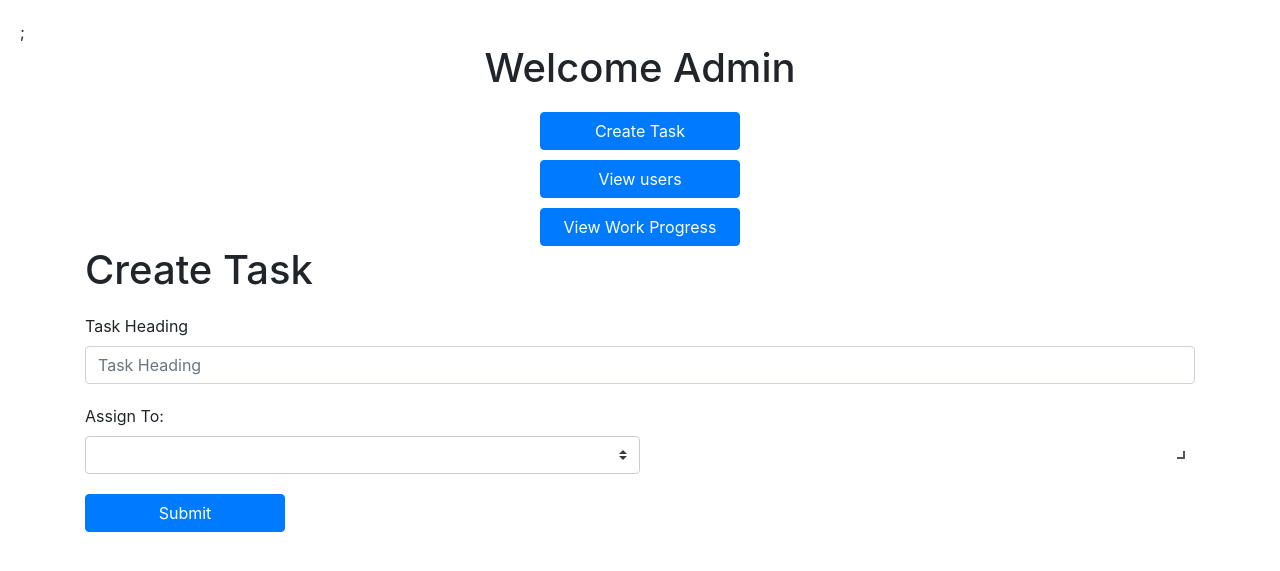
Repository: neha-rouniyar/taskmgmt
Page: http://localhost/admin/create-task
An editor plug-in stored every save of this project. The page is shown before and after a run of saves, followed by the edit.
The browser window is 1280 px wide. The pictures show the whole page.
Some web libraries are served in a nearby version. The page is served by the project's Laravel application, run on PHP 8.4 with Laravel 10. Other server files are loaded and not shown. Queries for data that is not in the repository find no rows.

Above is the page before, as saved 2023-12-11 15:22:15.

### routes/web.php
<?php

use App\Http\Controllers\AdminController;
use Illuminate\Support\Facades\Route;
use App\Http\Controllers\LoginController;
/*
|--------------------------------------------------------------------------
| Web Routes
|--------------------------------------------------------------------------
|
| Here is where you can register web routes for your application. These
| routes are loaded by the RouteServiceProvider and all of them will
| be assigned to the "web" middleware group. Make something great!
|
*/

Route::get('/', function () {
    return view('welcome');
});
Route::get('/login-form',[LoginController::class,'index'])->name('login.form');
Route::post('/login-form-submit',[LoginController::class,'loginFormSubmit'])->name('login.form.submit');




Route::get('/register-form',[LoginController::class,'index2'])->name('register.form');
Route::post('/register-form-submit',[LoginController::class,'registerFormSubmit'])->name('register.form.submit');


//user dashboard
Route::get('/user-dashboard',[LoginController::class,'userDashboard'])->name('user.dashboard');
Route::get('/admin-dashboard',[LoginController::class,'adminDashboard'])->name('admin.dashboard');


//admin
Route::get('/admin/view-users',[AdminController::class,'viewUsers'])->name('admin.view.users');
Route::get('/admin/create-task',[AdminController::class,'createTask'])->name('admin.create.task');
Route::get('/admin/view-work-progress',[AdminController::class,'viewWorkProgress'])->name('admin.view.workprogress');

### app/Http/Controllers/AdminController.php
<?php

namespace App\Http\Controllers;

use App\Models\User;
use Illuminate\Http\Request;

class AdminController extends Controller
{
    public function viewUsers()
    {
        $users=User::all()->where('usertype','regular');
        // dd($users);
        return view('admin.viewUsers',compact('users'));
    }
    public function createTask()
    {
        $users=User::all()->where('usertype','regular');
        return view('admin.task.create',compact('users'));
    }
    public function viewWorkProgress()
    {
        return view('admin.task.workprogress');
    }
}

### resources/views/admin/task/create.blade.php
@extends('admin.dashboard');
@section('admin-content')
<style>
    .form-group {
    margin-bottom: 20px;
}

.custom-dropdown {
    position: relative;
    width: 100%;
}

.custom-select {
    width: 50%;
    /* padding: 10px; */
    box-sizing: border-box;
    border: 1px solid #ccc;
    border-radius: 4px;
    appearance: none;
    background-color: #fff;
    cursor: pointer;
}

.custom-dropdown-arrow {
    position: absolute;
    top: 50%;
    right: 10px;
    transform: translateY(-50%);
    border: solid #555;
    border-width: 0 2px 2px 0;
    display: inline-block;
    padding: 3px;
    transition: transform 0.3s ease-in-out;
}

.custom-select:focus + .custom-dropdown-arrow {
    transform: translateY(-50%) rotate(-45deg);
}

/* Style for the dropdown options */
.custom-select option {
    padding: 10px;
}

</style>
<div class="container">
    <h1>Create Task</h1>
<form action="" method="POST">
    @csrf
      <div class="form-group">
        <label for="exampleInputEmail1">Task Heading</label>
        <input width="50%" type="text" name="heading" class="form-control" id="exampleInputEmail1" aria-describedby="emailHelp" placeholder="Task Heading" required>
      </div>
      <div class="form-group">
        <label for="assignee">Assign To:</label>
        <div class="custom-dropdown">
            <select name="assignee" id="assignee" class="custom-select">
                @foreach ($users as $data)
                    <option value="{{$data->id}}">{{$data->username}}</option>
                @endforeach
            </select>
            <div class="custom-dropdown-arrow"></div>
        </div>
    </div>
      <button type="submit" class="btn btn-primary">Submit</button>
    </form>
</div>
@endsection

### resources/views/admin/dashboard.blade.php
<!doctype html>
<html lang="en">
  <head>
    <!-- Required meta tags -->
    <meta charset="utf-8">
    <meta name="viewport" content="width=device-width, initial-scale=1, shrink-to-fit=no">

    <!-- Bootstrap CSS -->
    <link rel="stylesheet" href="https://cdn.jsdelivr.net/npm/bootstrap@4.0.0/dist/css/bootstrap.min.css" integrity="sha384-Gn5384xqQ1aoWXA+058RXPxPg6fy4IWvTNh0E263XmFcJlSAwiGgFAW/dAiS6JXm" crossorigin="anonymous">
    <style>
      body {
          padding: 20px;
      }

      h1 {
          margin-bottom: 20px;
      }

      .btn-container {
          display: flex;
          flex-direction: column;
          gap: 10px;
      }

      .btn-container a {
          text-decoration: none;
      }

      .btn {
          width: 200px;
      }
  </style>
    <title>Hello, world!</title>
  </head>
  <body>
    <div class="container text-center">
        <h1>Welcome Admin</h1>
        <div class="btn-container">
            <a href="{{route('admin.create.task')}}">
                <button type="button" class="btn btn-primary">Create Task</button>
            </a>
            <a href="{{route('admin.view.users')}}">
                <button type="button" class="btn btn-primary">View users</button>
            </a>
            <a href="{{route('admin.view.workprogress')}}">
                <button type="button" class="btn btn-primary">View Work Progress</button>
            </a>
        </div>
    </div>
    @yield('admin-content')
    <script src="https://code.jquery.com/jquery-3.2.1.slim.min.js" integrity="sha384-KJ3o2DKtIkvYIK3UENzmM7KCkRr/rE9/Qpg6aAZGJwFDMVNA/GpGFF93hXpG5KkN" crossorigin="anonymous"></script>
    <script src="https://cdn.jsdelivr.net/npm/popper.js@1.12.9/dist/umd/popper.min.js" integrity="sha384-ApNbgh9B+Y1QKtv3Rn7W3mgPxhU9K/ScQsAP7hUibX39j7fakFPskvXusvfa0b4Q" crossorigin="anonymous"></script>
    <script src="https://cdn.jsdelivr.net/npm/bootstrap@4.0.0/dist/js/bootstrap.min.js" integrity="sha384-JZR6Spejh4U02d8jOt6vLEHfe/JQGiRRSQQxSfFWpi1MquVdAyjUar5+76PVCmYl" crossorigin="anonymous"></script>
</body>
</html>

Loaded but not shown: app/Http/Controllers/Controller.php (common file); app/Models/User.php (common file)

After the next 6 saves:
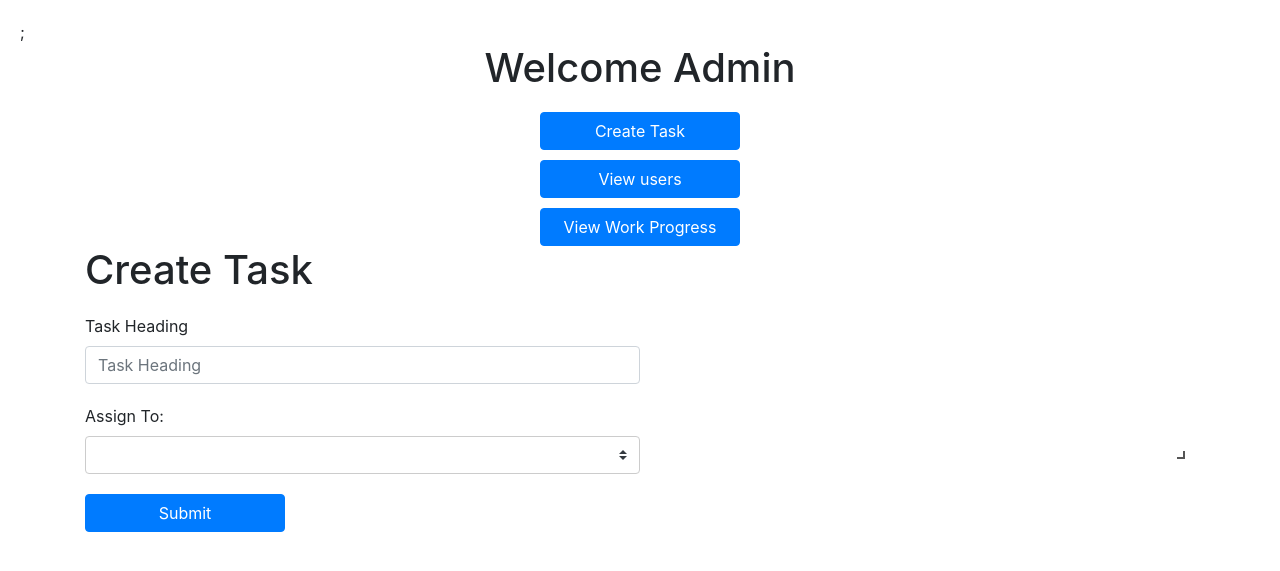
The 6 saves are shown as one change because they came seconds apart.
The last was saved 4 h 54 min later.
--- a/resources/views/admin/task/create.blade.php
+++ b/resources/views/admin/task/create.blade.php
@@ -49,7 +49,7 @@
     @csrf
       <div class="form-group">
         <label for="exampleInputEmail1">Task Heading</label>
-        <input width="50%" type="text" name="heading" class="form-control" id="exampleInputEmail1" aria-describedby="emailHelp" placeholder="Task Heading" required>
+        <input style="width: 50%" type="text" name="heading" class="form-control" id="exampleInputEmail1" aria-describedby="emailHelp" placeholder="Task Heading" required>
       </div>
       <div class="form-group">
         <label for="assignee">Assign To:</label>
